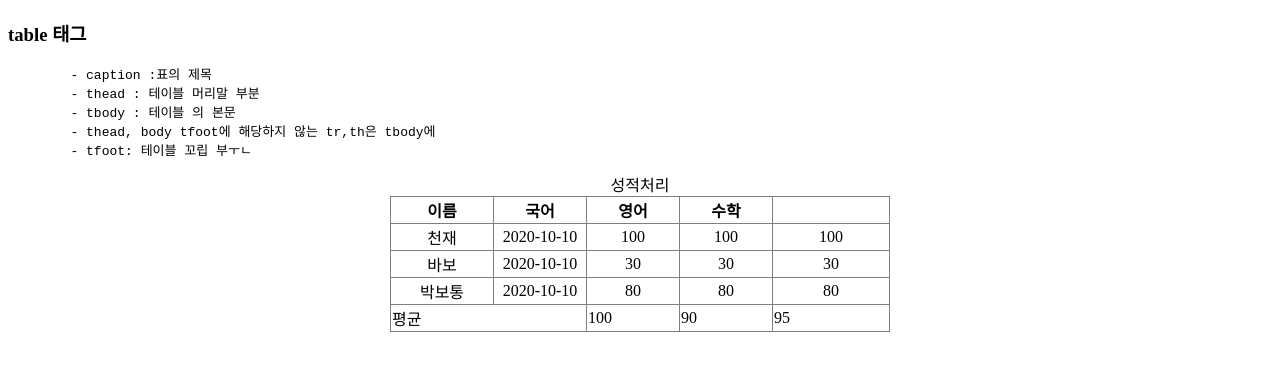
Repository: marudaga/html-css-lecture
Page: work/study/src/main/webapp/htmlEx/ch04/ex03.html
The author's editor kept a copy of each file at every save. The page is drawn from the files as they stood at one save, then again after the next save.
The browser window is 1280 px wide. The pictures show the whole page.

Above is the page before, as saved 2022-09-07 05:10:40.

### work/study/src/main/webapp/htmlEx/ch04/ex03.html
<!DOCTYPE html>
<html>
<head>
<meta charset="UTF-8">
<title>Insert title here</title>
</head>
<body>
	<h3>table 태그</h3>

	<pre>
	- caption :표의 제목
	- thead : 테이블 머리말 부분
	- tbody : 테이블 의 본문
	- thead, body tfoot에 해당하지 않는 tr,th은 tbody에
	- tfoot: 테이블 꼬립 부ㅜㄴ
</pre>
	<table border="1"
		style="width: 500px; margin: 10px auto; border-collapse: collapse;">
		<caption>성적처리</caption>
		<thead>
			<tr>
				<th width="100">이름</th>
				<th width="90">국어</th>
				<th width="90">영어</th>
				<th width="90">수학</th>
			</tr>
		</thead>
		<tbody>
			<tr align="center">
				<td>천재</td>
				<td>2020-10-10</td>
				<td>100</td>
				<td>100</td>
				<td>100</td>
			</tr>
			<tr align="center">
				<td>바보</td>
				<td>2020-10-10</td>
				<td>30</td>
				<td>30</td>
				<td>30</td>
			</tr>
			<tr align="center">
				<td>박보통</td>
				<td>2020-10-10</td>
				<td>80</td>
				<td>80</td>
				<td>80</td>
			</tr>

		</tbody>
		<tfoot>
			<tr>
			<td colspan="2">평균</td>
			<td>100</td>
			<td>90</td>
			<td>95</td>
		</tfoot>
	</table>

</body>
</html>

After the next save:
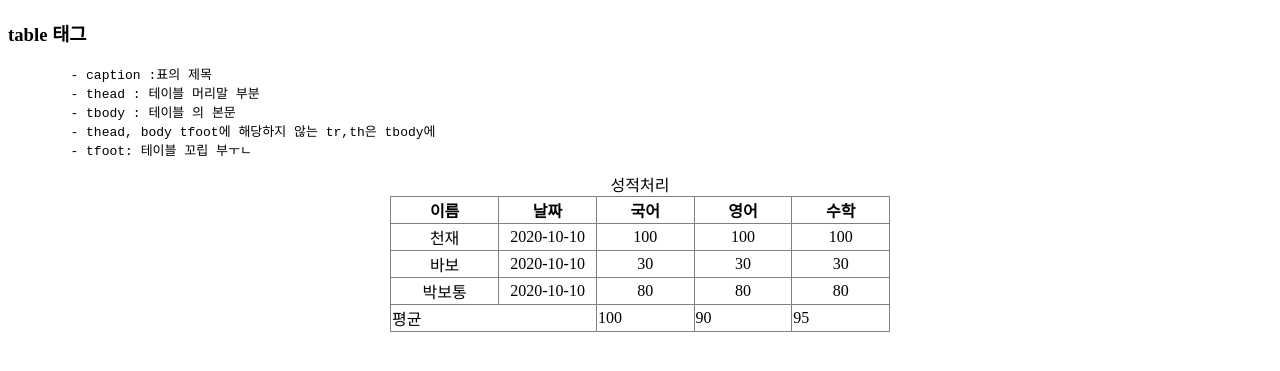
Saved 69 s later.
--- a/work/study/src/main/webapp/htmlEx/ch04/ex03.html
+++ b/work/study/src/main/webapp/htmlEx/ch04/ex03.html
@@ -20,6 +20,7 @@
 		<thead>
 			<tr>
 				<th width="100">이름</th>
+				<th width="90">날짜</th>
 				<th width="90">국어</th>
 				<th width="90">영어</th>
 				<th width="90">수학</th>
